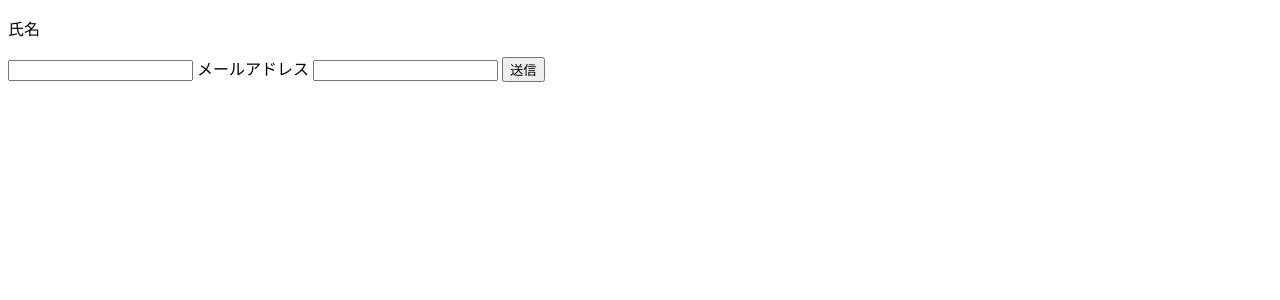
Repository: masanarimiura/20220618_miura
Page: http://localhost/
An editor plug-in stored every save of this project. The page is shown before and after a run of saves, followed by the edit.
The browser window is 1280 px wide. The pictures show the whole page.
The page is served by the project's Laravel application, run on PHP 8.4 with Laravel 8. Other server files are loaded and not shown.

Above is the page before, as saved 2022-06-18 11:54:24.

### routes/web.php
<?php

use Illuminate\Support\Facades\Route;
use App\Http\Controllers\TaskController;

Route::get('/', [TaskController::class, 'index']);
Route::post('/', [TaskController::class, 'post']);

### app/Http/Controllers/TaskController.php
<?php

namespace App\Http\Controllers;

use App\Models\Customer;
use Illuminate\Http\Request;

class TaskController extends Controller
{
    public function index()
    {
        return view('index');
    }
    public function find()
    {
        return view('find', ['input' => '']);
    }
    public function search(Request $request)
    {
        $item = Author::where('name', 'LIKE',"%{$request->input}%")->first();
        $param = [
            'input' => $request->input,
            'item' => $item
        ];
        return view('find', $param);
    }
    public function bind(Author $author)
    {
        $data = [
            'item'=>$author,
        ];
        return view('author.binds', $data);
    }
    public function add()
    {
        return view('add');
    }
    public function create(Request $request)
    {
        $this->validate($request, Author::$rules);
        $form = $request->all();
        Author::create($form);
        return redirect('/');
    }
}

### resources/views/index.blade.php
<!DOCTYPE html>
<html lang="ja">

<head>
  <meta charset="UTF-8">
  <meta name="viewport" content="width=device-width, initial-scale=1.0">
  <title>top</title>
</head>

<body>
  @if (count($errors) > 0)
<ul>
  @foreach ($errors->all() as $error)
  <li>
    {{$error}}
  </li>
  @endforeach
</ul>
@endif
<form action="/" method="post">
    @csrf
        <p>氏名</p>
        <div></div><input type="text" name="name">
      </td>
    </tr>
    <tr>
      <th>
        メールアドレス
      </th>
      <td>
        <input type="email" name="email">
      </td>
    </tr>
      <input type="submit" value="送信">
  </table>
</form>
</body>
</html>

Loaded but not shown: app/Http/Controllers/Controller.php (common file)

After the next 2 saves:
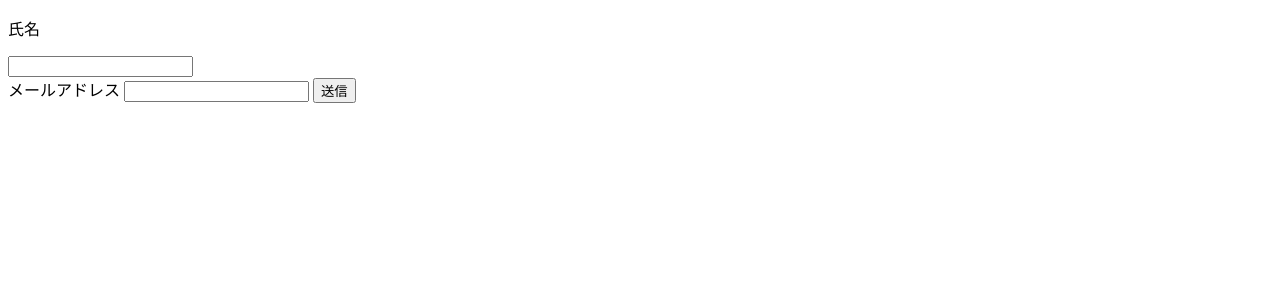
The 2 saves are shown as one change because they came seconds apart.
The last was saved 9 s later.
--- a/resources/views/index.blade.php
+++ b/resources/views/index.blade.php
@@ -20,8 +20,7 @@
 <form action="/" method="post">
     @csrf
         <p>氏名</p>
-        <div></div><input type="text" name="name">
-      </td>
+        <div><input type="text" name="name"></div>
     </tr>
     <tr>
       <th>
